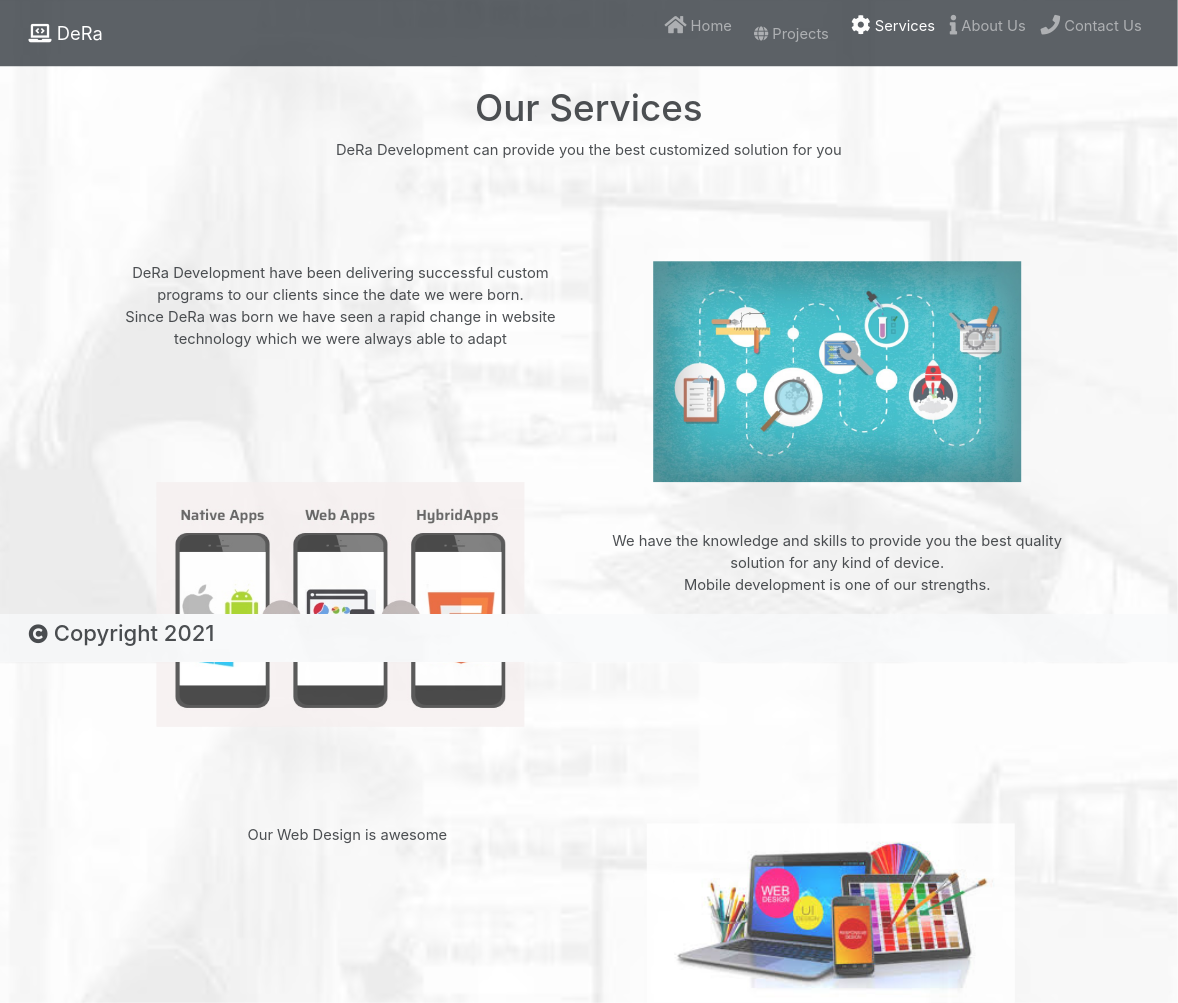
Repository: deividwsantoss/web6201-Lab1
Page: services.html
An editor plug-in stored every save of this project. The page is shown before and after the next save, followed by the edit.
The browser window is 1280 px wide. The pictures show the whole page, at 92% of full size.

Above is the page before, as saved 2021-02-04 12:15:24.
Console error: TypeError: Cannot set properties of null (setting 'innerHTML')

### services.html
<!DOCTYPE html>
<html lang="en">

<head>
  <meta charset="UTF-8">
  <meta name="viewport" content="width=device-width, initial-scale=1.0">
  <title>Services</title>
</head>
<!-- CSS SECTION-->
<link rel="stylesheet" href="./node_modules/bootstrap/dist/css/bootstrap.min.css">
<link rel="stylesheet" href="./node_modules/@fortawesome/fontawesome-free/css/all.min.css">
<link rel="stylesheet" href="./Content/app.css">

<body class="servicesbackgroud">
  <!-- Main Header-->
  <header>
    <nav class="navbar navbar-expand-lg navbar-dark bg-dark">
      <div class="container-fluid">
        <a class="navbar-brand" href="Index.html"><i class="fas fa-laptop-code"></i> DeRa</a>
        <button class="navbar-toggler" type="button" data-bs-toggle="collapse" data-bs-target="#navbarSupportedContent"
          aria-controls="navbarSupportedContent" aria-expanded="false" aria-label="Toggle navigation">
          <span class="navbar-toggler-icon"></span>
        </button>
        <div class="collapse navbar-collapse" id="navbarSupportedContent">
          <ul class="navbar-nav ml-auto mb-2 mb-lg-0">
            <li class="nav-item">
              <a class="nav-link " aria-current="page" href="Index.html"><i class="fas fa-home fa-lg"></i> Home</a>
            </li>
            <li class="nav-item">
              <a id="prod" class="nav-link" aria-current="page" href="products.html" name=><i class="fas fa-globe fa-lg"></i>
                Products</a>
            </li>
            <li class="nav-item">
              <a class="nav-link active" aria-current="page" href="services.html"><i class="fas fa-cog fa-lg"></i>
                Services</a>
            </li>
            <li class="nav-item">
              <a class="nav-link" aria-current="page" href="about.html"><i class="fas fa-info fa-lg"></i> About Us</a>
            </li>
            <li class="nav-item">
              <a class="nav-link" aria-current="page" href="contact.html"><i class="fas fa-phone fa-lg"></i> Contact
                Us</a>
            </li>

          </ul>

        </div>
      </div>
    </nav>

  </header>

  <!-- Main Content-->
  <main class="container text-md-center">
    <h1 class="text-center">Our Services</h1>
    <p id="serviceIntro"></p>
    <div id="mainInformation" class="container" >
      <div id="mainInformation" class="row">

        <div id="mainInformation" class="col">
          <p id="customParagraph"></p>

        </div>
        <div id="mainInformation" class="col">
          <img id="custompg" src="./Content/custom-programming.jpg">
        </div>
      </div>
      <div class="container">
        <div class="row">
          <div class="col">
            <img id="custompg" src="./Content/mobile.jpg">
            </div>
          <div d="mobileParagraph" class="col" >
           <p id="mobileInfo" i></p>

          </div>
        </div>
        <div id="mainInformation" class="row">
          <div id="mainInformation" class="col">
            <p id="DesParagraph"></p>
          </div>
          <div id="mainInformation" class="col">
            <img id="custompg" src="./Content/webdesign.jpg">
          </div>
        </div>
      </div>
    </div>
  </main>
  <!-- Main Footer-->


  </footer>
  <!--- Script Section-->
  <script src="./node_modules/jquery/dist/jquery.min.js"></script>
  <script src="./node_modules/bootstrap/dist/js/bootstrap.bundle.min.js"></script>
  <script src="./Scripts/app.js"></script>
</body>

</html>

### Content/app.css
/* Custom CSS goes here */

body,html{
    height: 100%;


}
.bg{
    background-image: url("Background-White.jpg");
    background-repeat: no-repeat;
    background-size: cover;
    background-position: center;
    opacity: 0.8;
}

.contactimage{
    background-image:url("contactimg.jpg");
    background-repeat: no-repeat;
    background-size: cover;
    background-position: center;
    opacity: 0.8;
}
.productsbg {
    background-image:url("productsbg.jpg");
    background-repeat: no-repeat;
    background-size: cover;
    background-position: center;
    opacity: 0.8;
}

.servicesbackgroud{
    background-image:url("services.jpg");
    background-repeat: repeat;
    background-size: cover;
    background-position: center;
    opacity: 0.8;
    height: 1000px;

}
.aboutus{
    background-image:url("bgimage.jpg");
    background-repeat: no-repeat;
    background-size: cover;
    background-position: center;
    opacity: 0.8;
}

#paragraphOne {
    color: black;
    font-size: 220%;
    margin-top: 25%;
    text-shadow: 2px 2px 4px #000;
    font-family: cursive;
    font-weight: bold;

}
h1{
    margin-top: 2%;
}

#custompg{
    width: 400px;

}

#projectsImg{
    width: 150px;
    margin-top: 10%;
}

#pic{
    width:310px; /* you can use % */
    height: auto;
}

#aboutmain{
    margin-top: 100px;
}
#dlParagraph{
    margin-top: 10%;
    margin-top: 10%;
    font-size: large;
    font-weight: bold;
}
#scotiaParagraph{
    margin-top: 10%;
    font-size: large;
    font-weight: bold;
}

#mainInformation{
    margin-top: 5%;
    margin-right: 0%;
    margin-left: 0%;
}
#mobileInfo{
    margin-top: 10%;
}
.servicesId{
    margin-bottom: 100%;
}

### Scripts/app.js
/* Custom JavaScript goes here */


"use strict";

(function(){

    function addHr(){

      //  let navIn = document.getElementById("mainUl").getElementsByTagName("ul");

        let liCreate = document.createElement('li');

        liCreate.innerHTML = `<a id="prod" class="nav-link" aria-current="page" href="products.html"><i class="fas fa-globe" name="prod"></i> Human Resources</a>`;

        navIn.insertBefore(liCreate, navIn.getElementsByTagName("li")[1]);

    }

    function addFooter(){


        const body = document.body;
        let footerNav = document.createElement('footer');

        footerNav.innerHTML = `<nav class="navbar fixed-bottom navbar-light bg-light">
        <div class="container-fluid">
          <h4 ><i class="fas fa-copyright fa-sm"></i> Copyright 2021 </h4>
      </div>
        </nav>`

        body.appendChild(footerNav);

    }

    function Projects(){
        let productsElement = document.getElementById("prod");
        let prod = `<a id="prod" class="nav-link" aria-current="page" href="products.html"><i class="fas fa-globe" name="prod"></i> Projects</a>`;


        productsElement.innerHTML = prod;

        let prodNameElement = document.getElementById("prodName");
        let projectName = `<h1 id="prodName" class="text-center">Our Projects</h1>`

        prodNameElement.innerHTML = projectName;
    }
    function displayHome(){
        let paragraphOneText = "Welcome to DeRa Development Website for WebD6201";
        let paragraphOneElement = document.getElementById("paragraphOne");

        paragraphOneElement.textContent = paragraphOneText;
        paragraphOneElement.className = "fs-6 ";
    }
    function displayAbout(){

    }
    function displayProducts(){

        //deloitte
        let dlText = "DeRa is proud for leading the main developing project for DL."
        let dlElement = document.getElementById("dlParagraph");

        dlElement.textContent = dlText;

        let scotiaText = "Another Big company we are proud to have worked with"
        let scotiaElement = document.getElementById("scotiaParagraph");

        scotiaElement.textContent = scotiaText;

    }
    function displayServices(){

        //intro text
        let servicesIntroText = "DeRa Development can provide you the best customized solution for you";
        let servicesIntroElement = document.getElementById("serviceIntro");
        servicesIntroElement.textContent = servicesIntroText;

        // custom dev text
        let customParagraphText = "DeRa Development have been delivering successful custom programs to our clients since the date we were born. \nSince DeRa was born we have seen a rapid change in website technology which we were always able to adapt";
        let customParagraphElement = document.getElementById("customParagraph");

        customParagraphElement.innerText = customParagraphText;

        //mobile text

        let mobileParagraphText = "We have the knowledge and skills to provide you the best quality solution for any kind of device. \nMobile development is one of our strengths.";
        let mobileParagraphElement = document.getElementById("mobileInfo");

        mobileParagraphElement.innerText = mobileParagraphText;

        //design paragraph
        let webDesignParagraphText = "Our Web Design is awesome";
        let webDesignParagraphElement = document.getElementById("DesParagraph");

        webDesignParagraphElement.innerText = webDesignParagraphText;
    }
    function displayContact(){

        let messageArea = document.getElementById("messageArea");
        messageArea.hidden = true;

        //Form Validation...

        let fullName = document.getElementById("fullName");
        fullName.addEventListener("blur", function(){
            if(fullName.value.length < 2){
                fullName.focus;
                fullName.select();
                messageArea.hidden = false;
                messageArea.className = "alert alert-danger";
                messageArea.textContent = "Please, Enter an appropriate name."
            }
            else{
                messageArea.removeAttribute("Class");
                messageArea.hidden = true;
            }
        });

        //validating number
        let contactNumber = document.getElementById("contactNumber");
        contactNumber.addEventListener("blur", function(){

            if(contactNumber.value.length < 10 || contactNumber.value.length > 10 )
            {
                contactNumber.focus;
                contactNumber.select();
                messageArea.hidden = false;
                messageArea.className = "alert alert-danger";
                messageArea.textContent = "Please, Insert a valid Number";
            }
            else {
                messageArea.removeAttribute("Class");
                messageArea.hidden = true;
            }

        });

        // Validating short text
        let shortMessage = document.getElementById("shortMessage");
        shortMessage.addEventListener("blur", function(){

            if(shortMessage.value.length > 50){
                shortMessage.focus;
                shortMessage.select();
                messageArea.hidden = false;
                messageArea.className = "alert alert-danger";
                messageArea.textContent = "Maximum characters allowed (50)";
            }
            else{
                messageArea.removeAttribute("Class");
                messageArea.hidden = true;
            }
        });

        let sendButton = document.getElementById("sendButton");
        sendButton.addEventListener("click", function(event){
            event.preventDefault();
        });
        document.getElementById("sendButton").onclick = function (){
            location.href = "index.html"
        };

    }


    function Start(){
        console.log("App Start...");

        switch (document.title) {

            case 'Home':
                displayHome();
                break;
            case 'About':
                displayAbout();
                break;
            case 'Products':
                displayProducts();
                break;
            case 'Services':
                displayServices();
                break;
            case 'Contact':
                displayContact();
                break;

        }


    }

    window.addEventListener("load",addFooter);
    window.addEventListener("load",Projects);
    window.addEventListener("load",Start);
    window.addEventListener("load",addHr);

})();

Loaded but not shown: node_modules/bootstrap/dist/css/bootstrap.min.css (library); node_modules/@fortawesome/fontawesome-free/css/all.min.css (library); node_modules/jquery/dist/jquery.min.js (library); node_modules/bootstrap/dist/js/bootstrap.bundle.min.js (library)

After the next save:
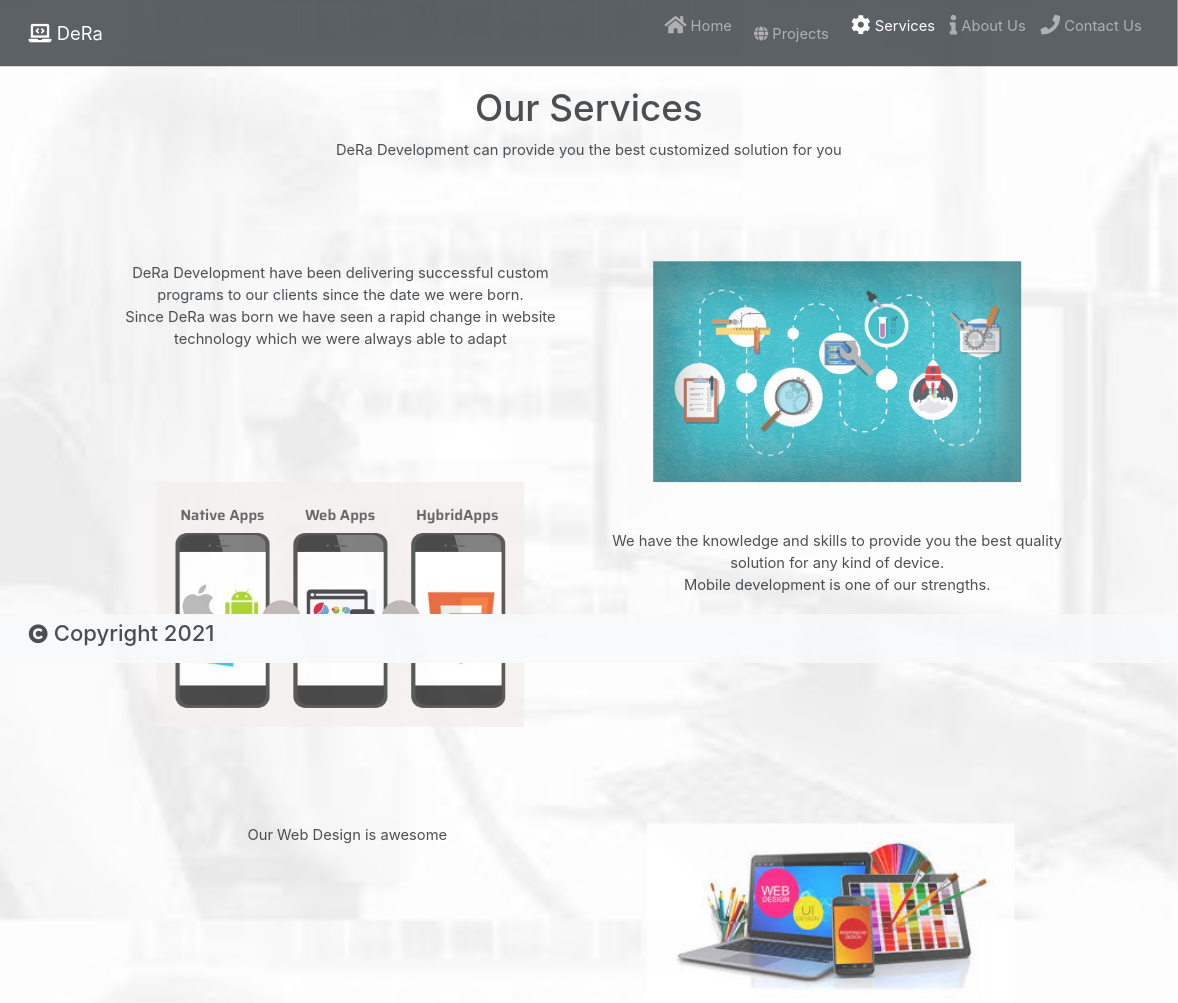
Saved 34 s later.
--- a/Content/app.css
+++ b/Content/app.css
@@ -1,6 +1,6 @@
 /* Custom CSS goes here */
 
-body,html{
+body#servicesId{
     height: 100%;
 
 
@@ -96,6 +96,6 @@
 #mobileInfo{
     margin-top: 10%;
 }
-.servicesId{
+#servicesId{
     margin-bottom: 100%;
 }

After the save that followed:
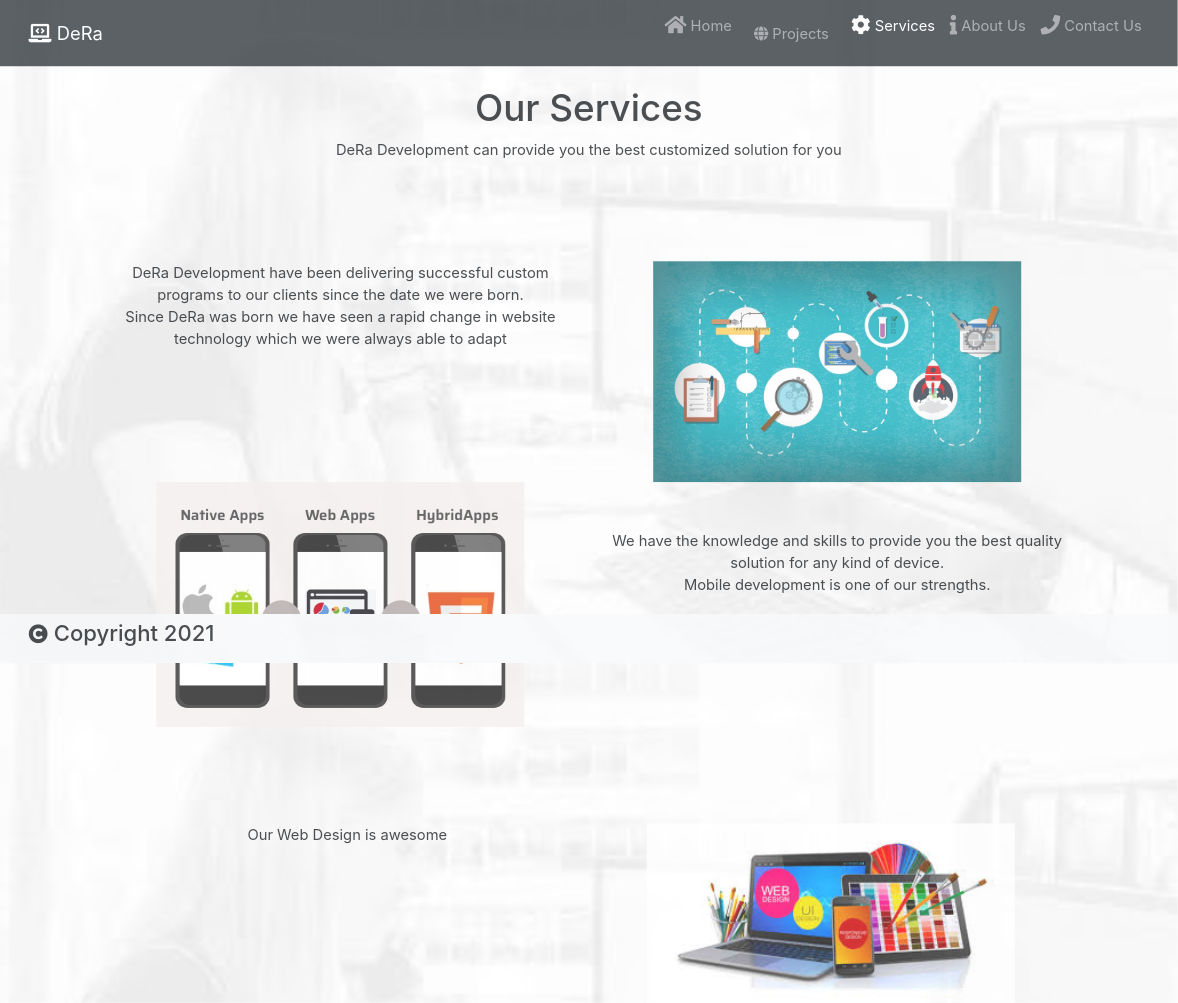
Saved 43 s later.
--- a/Content/app.css
+++ b/Content/app.css
@@ -1,6 +1,6 @@
 /* Custom CSS goes here */
 
-body#servicesId{
+body,html{
     height: 100%;
 
 
